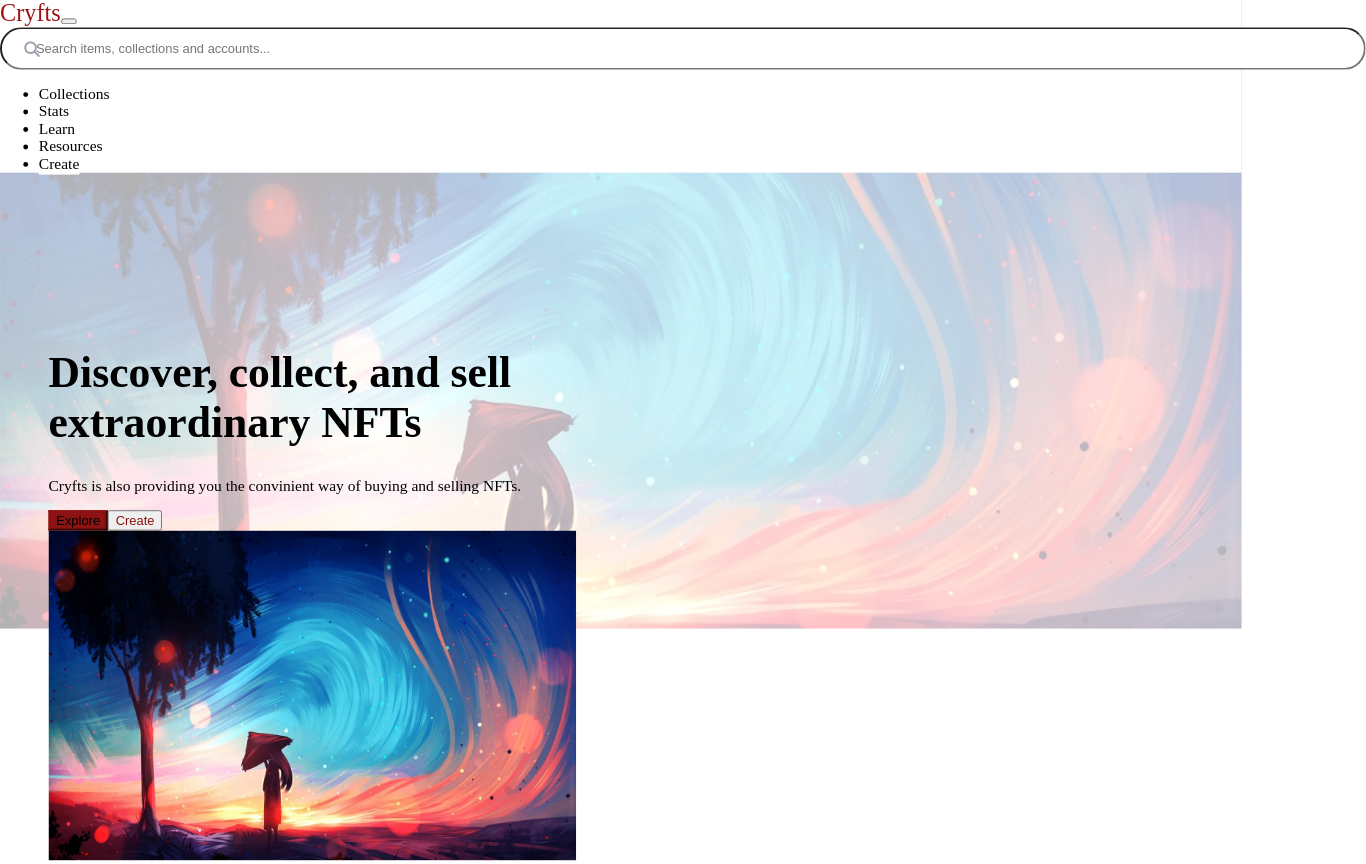
Repository: Huzaifa-2609/opensea_project
Page: /
These files come from the project's save history. The page is drawn as it stood at one moment and after the next save; the edit follows.
The browser window is 1280 px wide. The page is 1408 px wide, so the pictures cover 1408 px, including what lies to the right of the window. The pictures show the whole page, at 97% of full size.
Some web libraries are served in a nearby version. The project was rebuilt for these pictures with package versions that can differ from the ones it lists, and the page was loaded fresh each time. The framework's server and built-in components were replaced by stand-ins that run in the browser. Also part of the build but not shown: next.config.js, styles/Home.module.css.

Above is the page before, as saved 2022-07-11 20:39:26.

After the next save:
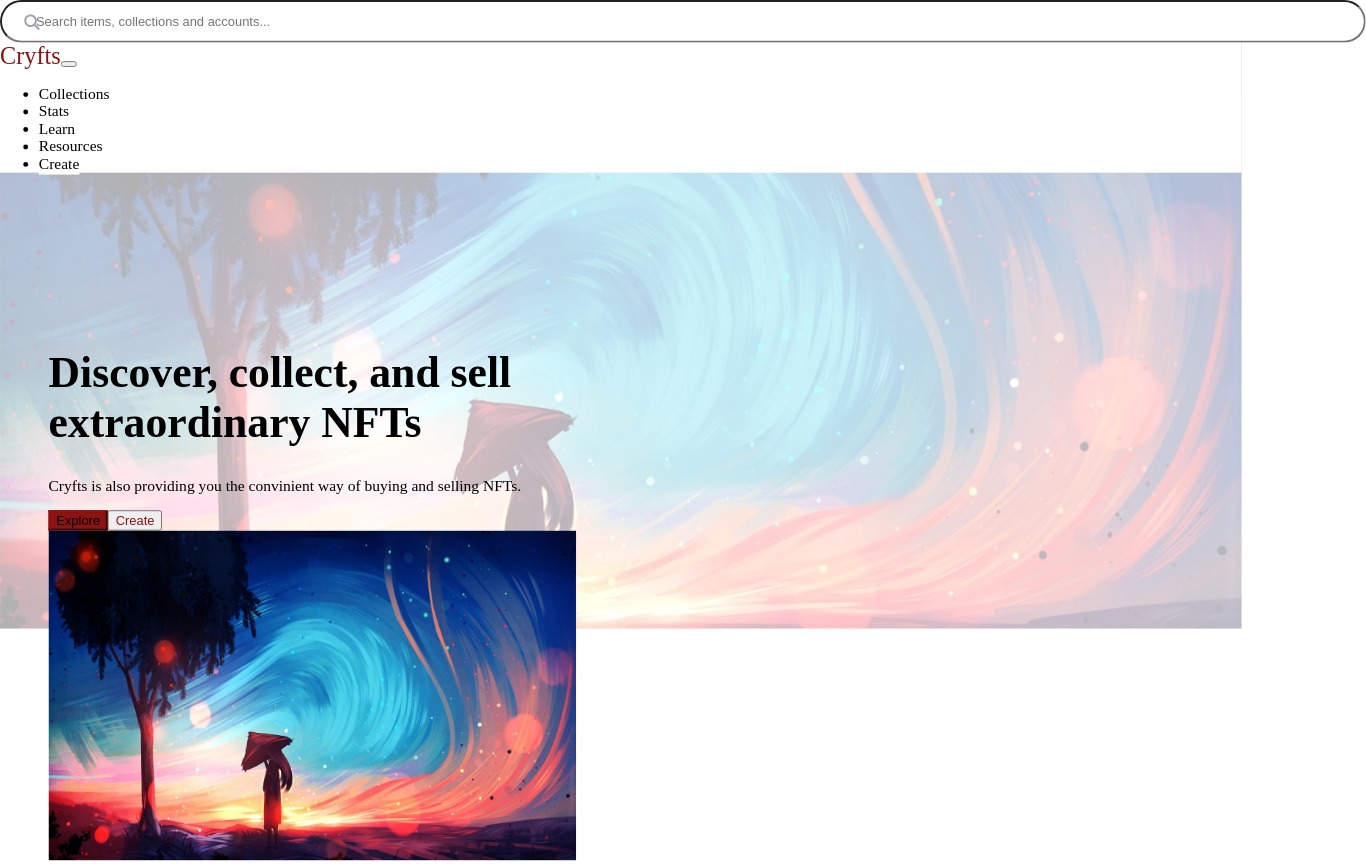
Saved 55 s later.
--- a/components/Vnavbar.js
+++ b/components/Vnavbar.js
@@ -8,11 +8,6 @@ const Vnavbar = (props) => {
       <div>
         <nav className="navbar navbar-text h-100 shadow-sm navbar-expand-lg navbar-light">
     <div className=" d-flex flex-column h-100">
-      <a className="navbar-brand text-color fw-bolder ml-2" href="/">{props.title}</a>
-      <button className="navbar-toggler" type="button" data-bs-toggle="collapse" data-bs-target="#navbarSupportedContent" aria-controls="navbarSupportedContent" aria-expanded="false" aria-label="Toggle navigation">
-        <span className="navbar-toggler-icon"></span>
-      </button>
-
       <div className="collapse navbar-collapse" style={{width:"50%"}} id="navbarSupportedContent">
 
               <div className="row height d-flex justify-content-center align-items-center">
@@ -23,6 +18,11 @@ const Vnavbar = (props) => {
                   </div>
 
               </div>
+
+      <a className="navbar-brand text-color fw-bolder ml-2" href="/">{props.title}</a>
+      <button className="navbar-toggler" type="button" data-bs-toggle="collapse" data-bs-target="#navbarSupportedContent" aria-controls="navbarSupportedContent" aria-expanded="false" aria-label="Toggle navigation">
+        <span className="navbar-toggler-icon"></span>
+      </button>
 
 
         <ul className="navbar-nav gap-4 d-flex flex-column m-auto mb-2 mb-lg-0 fw-bold" style={location.pathname==="/signup"?{visibility:"hidden"}:{}}>
